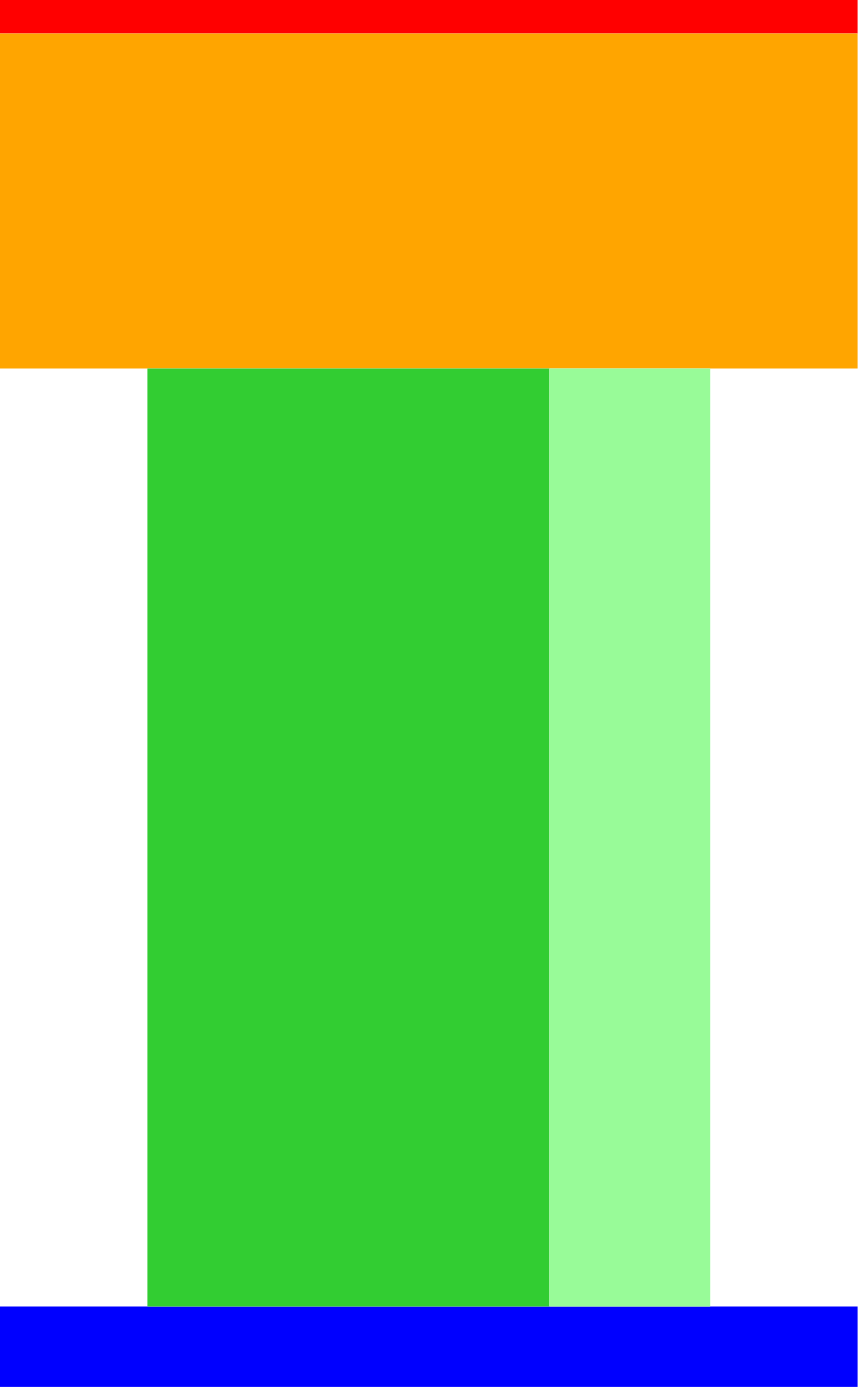
Repository: decknoboh/exercise1-8
Page: exercise1-4/index.html
The author's editor kept a record of every edit. The page is drawn from the files as they stood at one moment, then again after the next edit.
The browser window is 1280 px wide. The pictures show the whole page, at 67% of full size.

Above is the page before.

### exercise1-4/index.html
<!DOCTYPE html>
<html lang="ja">
  <head>
    <meta charset="utf-8"/>
    <link rel="stylesheet" href="style.css"/>
    <title>4章演習</title>
  </head>

  <body>
    <div class="header"></div>
    <div class="main-visual"></div>
    <div class="main">
      <div class="sidebar-left"></div>
      <div class="blog"></div>
      <div class="sidebar-right"></div>
    </div>
    <div class="footer"></div>
  </body>
</html>

### exercise1-4/style.css
*{
  margin: 0;
  padding: 0;
  box-sizing: border-box;
}

.header{
  width: 100%;
  height: 50px;
  background-color: red;
}

.main-visual{
  width: 100%;
  height: 500px;
  background-color: orange;
}

.main{
  width: 960px;
  display: flex;
  justify-content: center;
  margin: 0 auto;
}

.sidebar-right{
  width: 240px;
  height: 1400px;
  background-color: palegreen;
}

.blog{
  width: 600px;
  height: 1400px;
  background-color: limegreen;
}

.sidebar-right{
  width: 240px;
  height: 1400px;
  background-color: palegreen;
}

.footer{
  width: 100%;
  height: 120px;
  background-color: blue;
}

After the next edit:
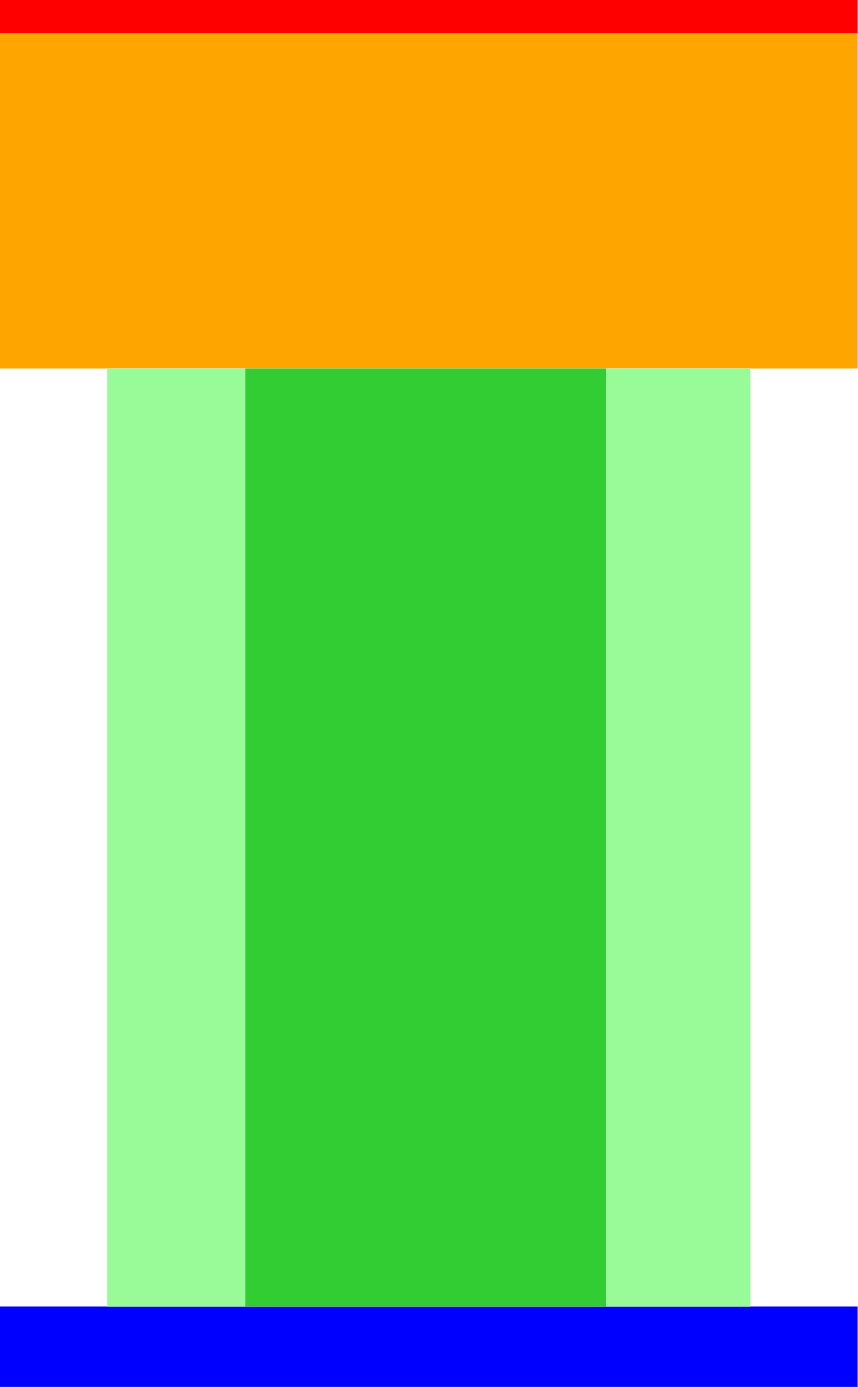
The edit:
--- a/exercise1-4/style.css
+++ b/exercise1-4/style.css
@@ -23,8 +23,8 @@
   margin: 0 auto;
 }
 
-.sidebar-right{
-  width: 240px;
+.sidebar-left{
+  width: 230px;
   height: 1400px;
   background-color: palegreen;
 }
